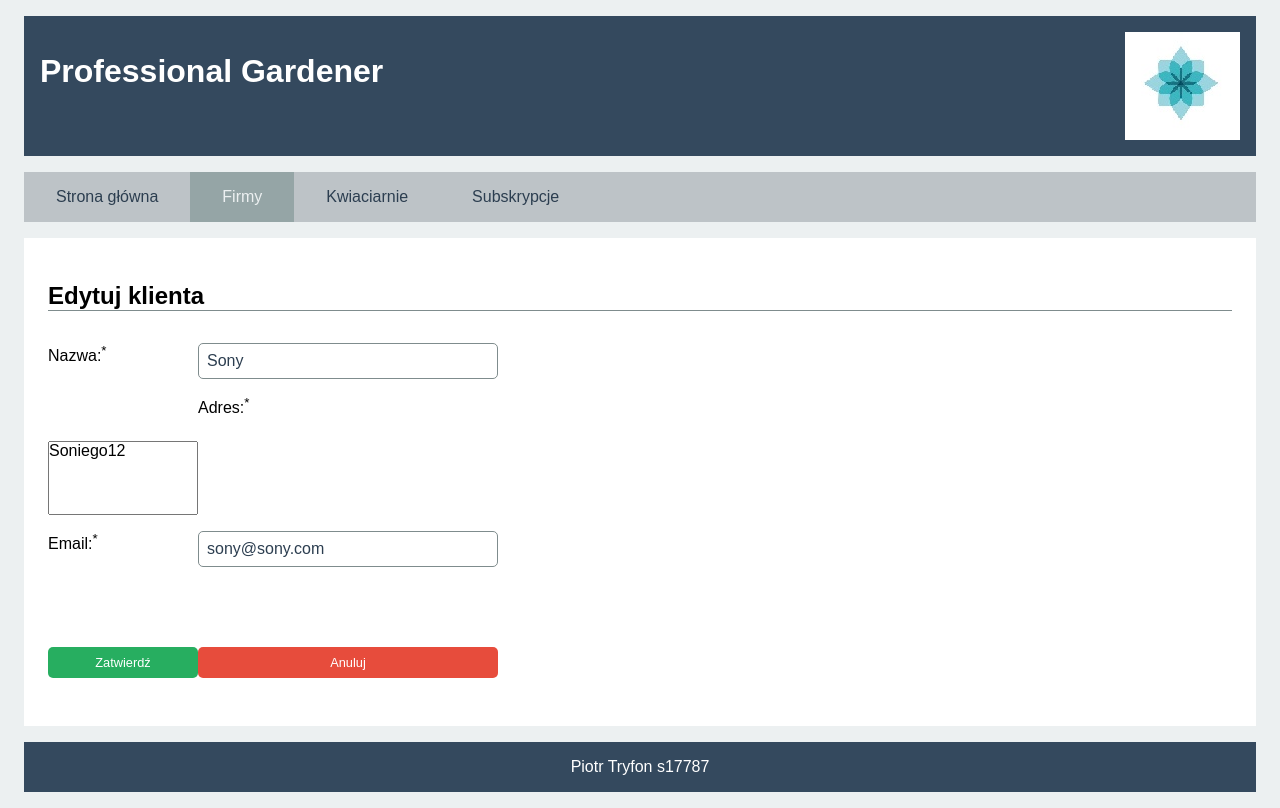
Repository: s17787/TIN
Page: tin_zaoczne_12_s17787_html-css/pages/client-edit.html
An editor plug-in stored every save of this project. The page is shown before and after the next save, followed by the edit.
The browser window is 1280 px wide. The pictures show the whole page.

Above is the page before, as saved 2021-01-06 08:09:09.

After the next save:
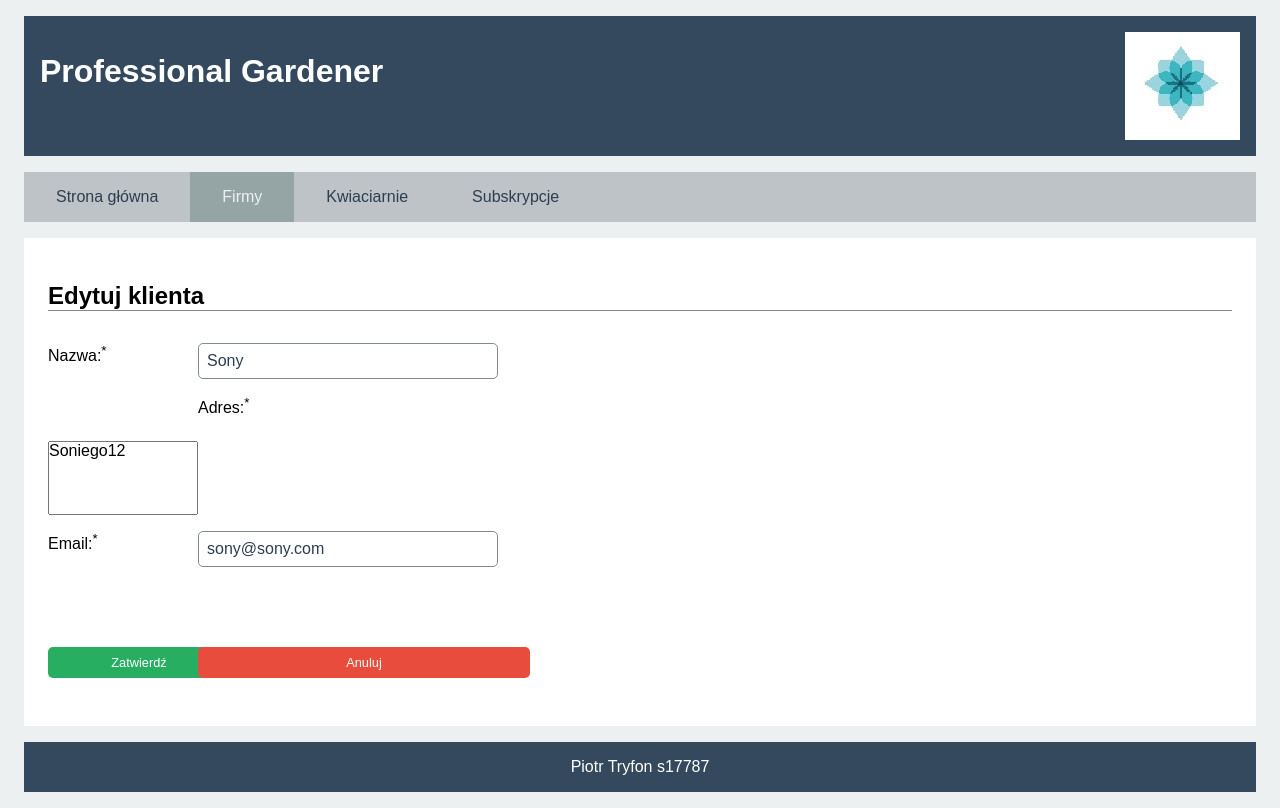
Saved 30 s later.
--- a/tin_zaoczne_12_s17787_html-css/css/style.css
+++ b/tin_zaoczne_12_s17787_html-css/css/style.css
@@ -231,7 +231,7 @@
 
 .form-button-submit,
 .form-button-cancel {
-    box-sizing: border-box;
+    box-sizing: content-box;
     display: block;
 }
 

After the 2 saves that followed:
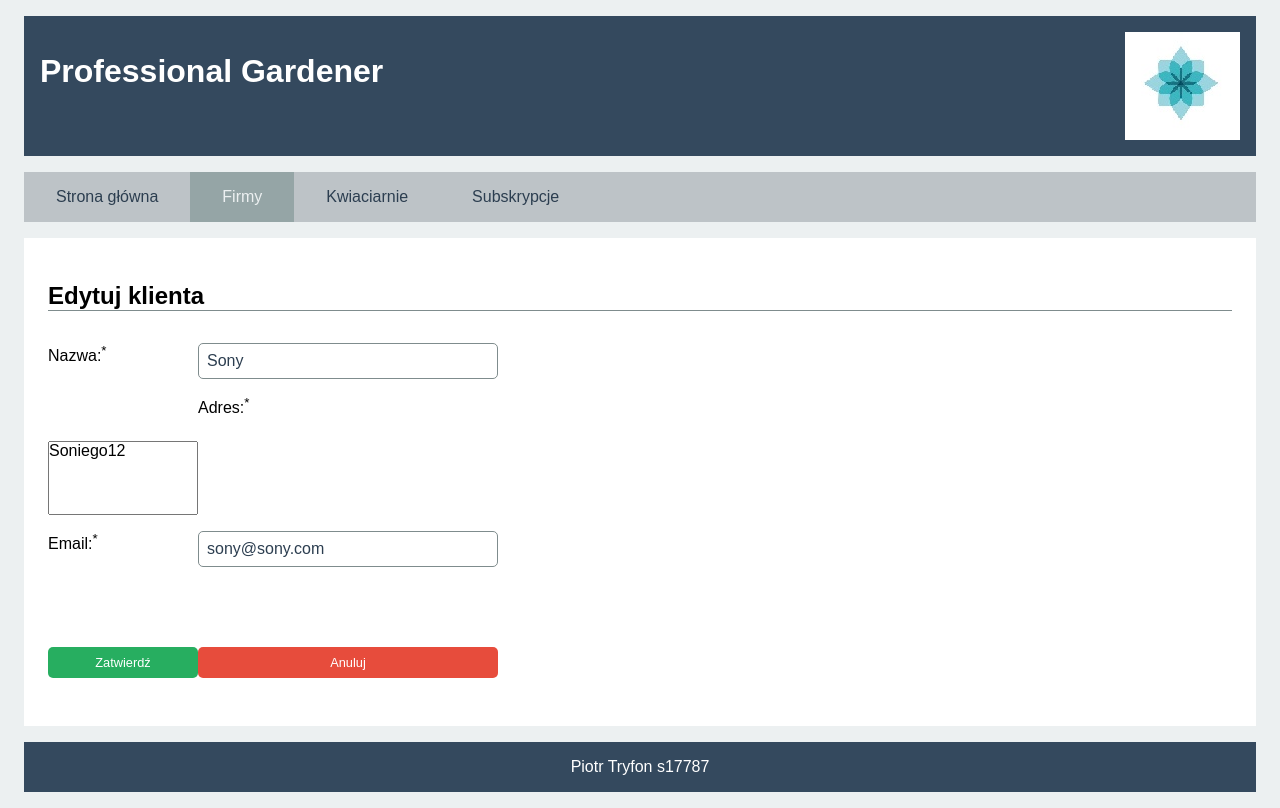
The 2 saves are shown as one change because 1 left the picture as it was.
The last was saved 25 s later.
--- a/tin_zaoczne_12_s17787_html-css/css/style.css
+++ b/tin_zaoczne_12_s17787_html-css/css/style.css
@@ -231,7 +231,7 @@
 
 .form-button-submit,
 .form-button-cancel {
-    box-sizing: content-box;
+    box-sizing: border-box;
     display: block;
 }
 
